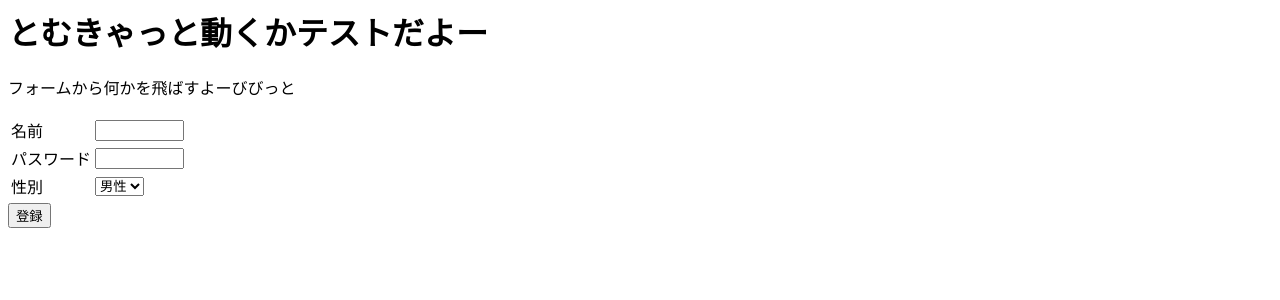
Repository: lunalice/01_START
Page: http://localhost/hello_world_now/
The author's editor kept a copy of each file at every save. The page is drawn from the files as they stood at one save, then again after the next save.
The browser window is 1280 px wide. The pictures show the whole page.
The page is served by Tomcat 9. Other server files are loaded and not shown.

Above is the page before, as saved 2018-02-06 05:58:25.

### eclipse-workspace/hello_world_now/WebContent/index.jsp
<%@ page language="java" contentType="text/html; charset=UTF-8"
	pageEncoding="UTF-8"%>
<!DOCTYPE html">
<html>
<head>
<meta charset=UTF-8">
<title>おはこんばんにちはー！！！</title>
</head>
<body>
	<h1>とむきゃっと動くかテストだよー</h1>
	<p>フォームから何かを飛ばすよーびびっと</p>
	<form action="DoGetData" method="POST">
		<table border="0">
			<tr>
				<td>名前</td>
				<td><input type="text" size="8" value="" name="name"></td>
			</tr>
			<tr>
				<td>パスワード</td>
				<td><input type="text" size="8" value="" name="password"></td>
			</tr>
			<tr>
				<td>性別</td>
				<td><select name="seibetsu">
						<option>男性</option>
						<option>女性</option>
				</select></td>
			</tr>
			<tr>
		</table>
		<INPUT type="submit" value="登録">
	</form>
</body>
</html>

After the next save:
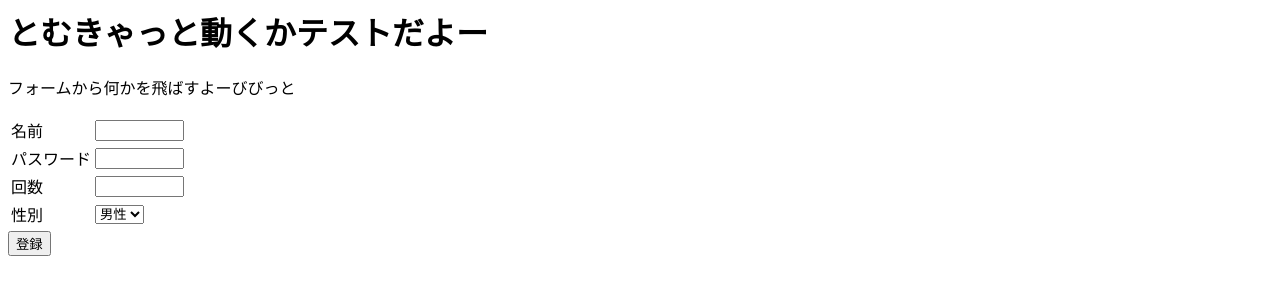
Saved 38 min 17 s later.
--- a/eclipse-workspace/hello_world_now/WebContent/index.jsp
+++ b/eclipse-workspace/hello_world_now/WebContent/index.jsp
@@ -20,6 +20,10 @@
 				<td><input type="text" size="8" value="" name="password"></td>
 			</tr>
 			<tr>
+				<td>回数</td>
+				<td><input type="text" size="8" value="" name="kaisu"></td>
+			</tr>
+			<tr>
 				<td>性別</td>
 				<td><select name="seibetsu">
 						<option>男性</option>
